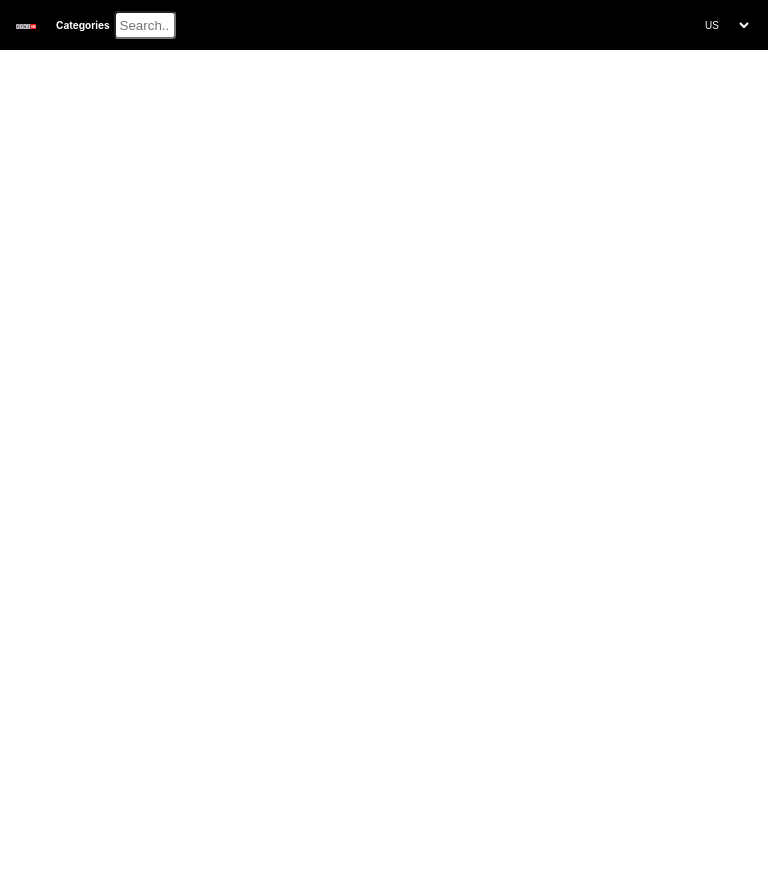
Repository: majakesin/top-news
Page: /
These files come from the project's save history. The page is drawn as it stood at one moment and after a run of saves; the edit follows.
The browser window is 768 px wide. The pictures show the whole page.
The page's requests for data from a server got no answer. The project was rebuilt for these pictures with package versions that can differ from the ones it lists, and the page was loaded fresh each time. No one was signed in, and anything a server would have sent is missing. Also part of the build but not shown: src/components/NewsCard/index.js, src/pages/ErrorPage/index.js, src/pages/Categories/index.js.

Above is the page before, as saved 2023-11-30 12:00:49.

After the next 2 saves:
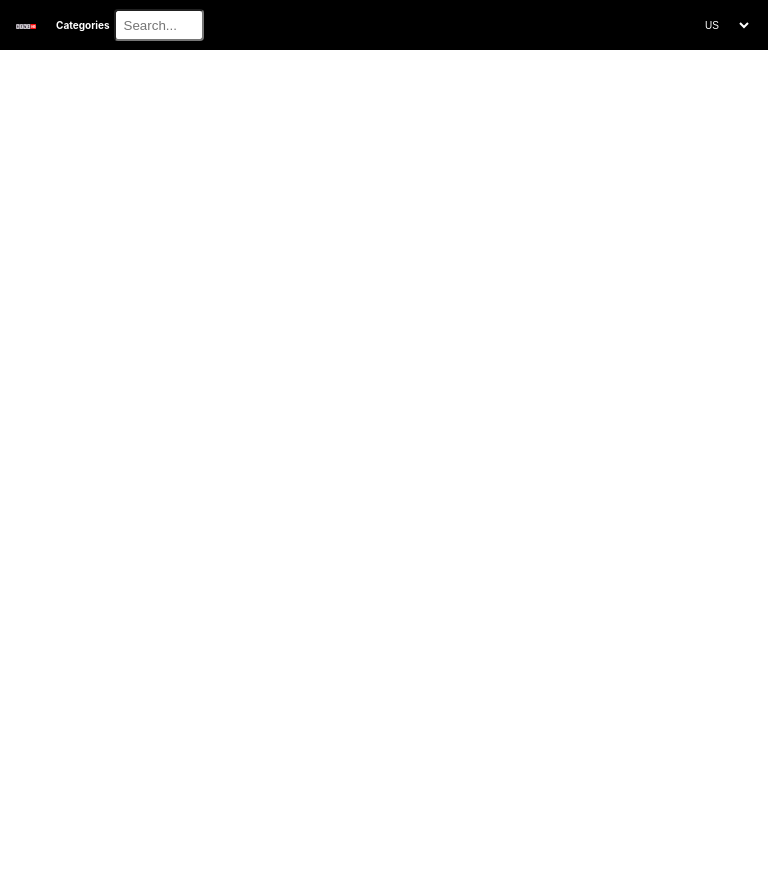
The 2 saves are shown as one change because they came seconds apart.
The last was saved 19 s later.
--- a/src/layout/Header/index.module.css
+++ b/src/layout/Header/index.module.css
@@ -15,8 +15,8 @@
 
 .input {
     @media (max-width:768px)  {
-       width: 50px;
-       padding: 2px 4px;
+       width: 70px;
+       padding: 4px 8px;
     }
 }
 
